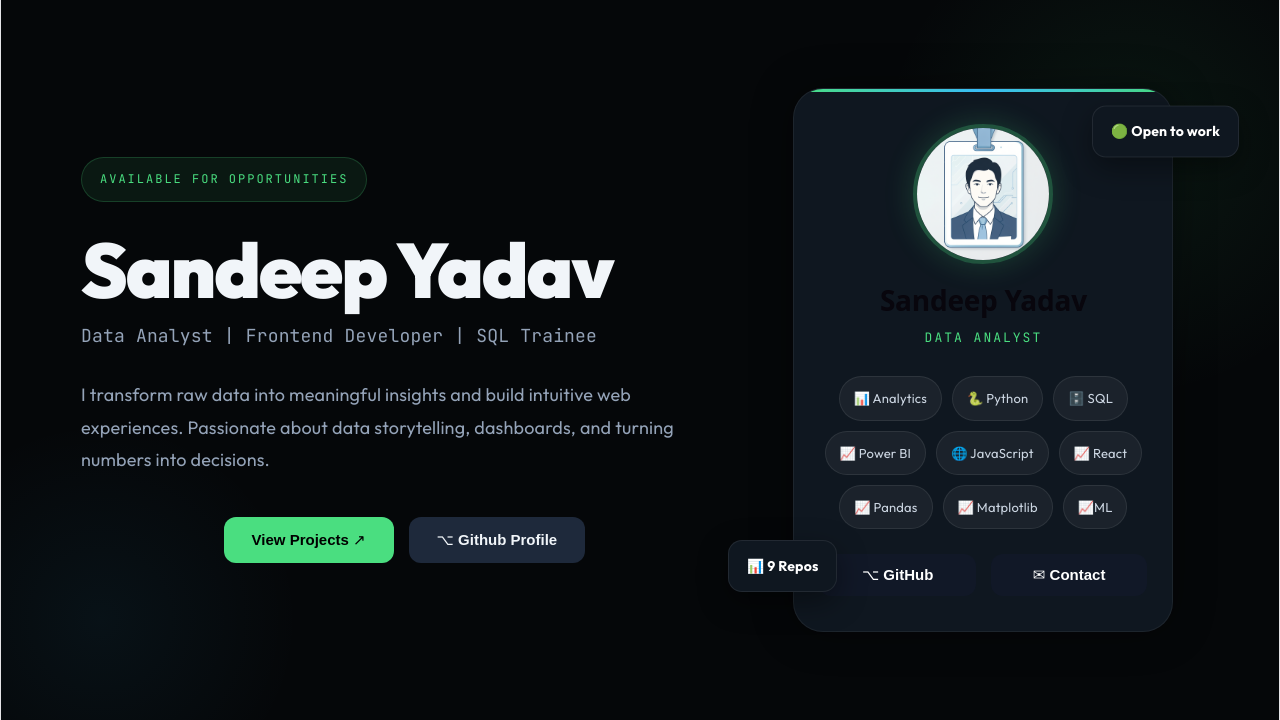
Repository: SandeepYadav18717/sandeepyadav
Page: / (app in Datanaltics_ portfolio/)
These files come from the project's save history. The page is drawn as it stood at one moment and after the next save; the edit follows.
The browser window is 1280 px wide. The pictures show the whole page.
The project was rebuilt for these pictures with package versions that can differ from the ones it lists, and the page was loaded fresh each time. Also part of the build but not shown: Datanaltics_ portfolio/vite.config.js, Datanaltics_ portfolio/src/App.css.

Above is the page before, as saved 2026-05-23 06:11:24.

### Datanaltics_ portfolio/index.html
<!doctype html>
<html lang="en">
  <head>
    <meta charset="UTF-8" />
    <link rel="icon" type="image/svg+xml" href="/favicon.svg" />
    <meta name="viewport" content="width=device-width, initial-scale=1.0" />
    <title>javascript</title>
  </head>
  <body>
    <div id="root"></div>
    <script type="module" src="/src/main.jsx"></script>
  </body>
</html>

### Datanaltics_ portfolio/src/index.css
:root {
  --text: #6b6375;
  --text-h: #08060d;
  --bg: #fff;
  --border: #e5e4e7;
  --code-bg: #f4f3ec;
  --accent: #aa3bff;
  --accent-bg: rgba(170, 59, 255, 0.1);
  --accent-border: rgba(170, 59, 255, 0.5);
  --social-bg: rgba(244, 243, 236, 0.5);
  --shadow:
    rgba(0, 0, 0, 0.1) 0 10px 15px -3px, rgba(0, 0, 0, 0.05) 0 4px 6px -2px;

  --sans: system-ui, 'Segoe UI', Roboto, sans-serif;
  --heading: system-ui, 'Segoe UI', Roboto, sans-serif;
  --mono: ui-monospace, Consolas, monospace;

  font: 18px/145% var(--sans);
  letter-spacing: 0.18px;
  color-scheme: light dark;
  color: var(--text);
  background: var(--bg);
  font-synthesis: none;
  text-rendering: optimizeLegibility;
  -webkit-font-smoothing: antialiased;
  -moz-osx-font-smoothing: grayscale;

  @media (max-width: 1024px) {
    font-size: 16px;
  }
}

@media (prefers-color-scheme: dark) {
  :root {
    --text: #9ca3af;
    --text-h: #f3f4f6;
    --bg: #16171d;
    --border: #2e303a;
    --code-bg: #1f2028;
    --accent: #c084fc;
    --accent-bg: rgba(192, 132, 252, 0.15);
    --accent-border: rgba(192, 132, 252, 0.5);
    --social-bg: rgba(47, 48, 58, 0.5);
    --shadow:
      rgba(0, 0, 0, 0.4) 0 10px 15px -3px, rgba(0, 0, 0, 0.25) 0 4px 6px -2px;
  }

  #social .button-icon {
    filter: invert(1) brightness(2);
  }
}

body {
  margin: 0;
}

#root {
  width: 1126px;
  max-width: 100%;
  margin: 0 auto;
  text-align: center;
  border-inline: 1px solid var(--border);
  min-height: 100svh;
  display: flex;
  flex-direction: column;
  box-sizing: border-box;
}

h1,
h2 {
  font-family: var(--heading);
  font-weight: 500;
  color: var(--text-h);
}

h1 {
  font-size: 56px;
  letter-spacing: -1.68px;
  margin: 32px 0;
  @media (max-width: 1024px) {
    font-size: 36px;
    margin: 20px 0;
  }
}
h2 {
  font-size: 24px;
  line-height: 118%;
  letter-spacing: -0.24px;
  margin: 0 0 8px;
  @media (max-width: 1024px) {
    font-size: 20px;
  }
}
p {
  margin: 0;
}

code,
.counter {
  font-family: var(--mono);
  display: inline-flex;
  border-radius: 4px;
  color: var(--text-h);
}

code {
  font-size: 15px;
  line-height: 135%;
  padding: 4px 8px;
  background: var(--code-bg);
}

### Datanaltics_ portfolio/src/App.jsx
import { useState } from 'react'

// import heroImg from './assets/hero.png'
import './App.css'
import Button from './Components/button'
import Main_Page from './pages/Main.jsx'
function App() {
  const [count, setCount] = useState(0)

  return (
    <>
    <Main_Page />
     </>
  )}
export default App

### Datanaltics_ portfolio/src/Components/button.jsx
function Button({id, text, onClick }) {
  return (
    <button id={id}onClick={onClick} className="btn">
      {text}
    </button>
  );
}
export default Button;

### Datanaltics_ portfolio/src/pages/Main.jsx
import Button from "../Components/button";
import "../Css/Main.css";
import photo from "../assets/image.png";

function Main_Page() {
  return (
    <div className="main-page">
      {/* LEFT SECTION */}
      <div className="left-section">
        <div id="Heading_1">Available for opportunities</div>

        <div id="Name">Sandeep Yadav</div>

        <div id="Heading_2">
          Data Analyst | Frontend Developer | SQL Trainee
        </div>

        <p id="Description">
          I transform raw data into meaningful insights and build intuitive web
          experiences. Passionate about data storytelling, dashboards, and
          turning numbers into decisions.
        </p>

        <Button
          text="View Projects ↗"
          onClick={() => window.open("https://github.com/SandeepYadav18717")}
        />
        <Button
          id="Github"
          text="⌥ Github Profile"
          onClick={() => window.open("https://github.com/SandeepYadav18717")}
        />
      </div>
      {/* RIGHT SECTION */}
      <div className="profile-wrapper">
        <div className="floating-badge badge-top">🟢 Open to work</div>

        {/* FLOATING BADGE 2 */}
        <div className="floating-badge badge-bottom">📊 9 Repos</div>

        {/* PROFILE CARD */}
        <div className="profile-card">
          {/* PROFILE IMAGE */}
          <img src={photo} alt="Profile" id="Photo" />

          {/* NAME */}
          <h2 className="profile-name">Sandeep Yadav</h2>

          {/* ROLE */}
          <p className="profile-role">DATA ANALYST</p>

          {/* SKILLS */}
          <div className="skill-tags">
            <span>📊 Analytics</span>

            <span>🐍 Python</span>

            <span>🗄️ SQL</span>

            <span>📈 Power BI</span>

            <span>🌐 JavaScript</span>
            <span>📈 React</span>
            <span>📈 Pandas</span>
            <span>📈 Matplotlib</span>
            <span>📈ML </span>
          </div>

          {/* BUTTONS */}
          <div className="profile-buttons">
            {/* GITHUB */}
            <button
              className="github-btn"
              onClick={() =>
                window.open("https://github.com/SandeepYadav18717")
              }
            >
              ⌥ GitHub
            </button>

            {/* CONTACT */}
            <button
              className="contact-btn"
              onClick={() => window.open("https://linkedin.com")}
            >
              ✉ Contact
            </button>
          </div>
        </div>
      </div>
    </div>
  );
}

export default Main_Page;

### Datanaltics_ portfolio/src/Css/Main.css
/* GOOGLE FONT */
@import url("https://fonts.googleapis.com/css2?family=Outfit:wght@300;400;500;700;900&family=JetBrains+Mono:wght@400;700&display=swap");

* {
    margin: 0;
    padding: 0;
    box-sizing: border-box;
}

html,
body,
#root {
    width: 100%;
    min-height: 100vh;
    overflow-x: hidden;
    background: #050709;
    color: #f1f5f9;
    font-family: "Outfit", sans-serif;
}

.main-page {
    min-height: 100vh;
    width: 100%;
    display: grid;
    grid-template-columns: 1.2fr 0.8fr;
    align-items: center;
    gap: 40px;
    padding: 80px;
    position: relative;
    overflow: hidden;
    background: #050709;
}

.main-page::before {
    content: "";
    position: absolute;
    width: 500px;
    height: 500px;
    top: -100px;
    right: -100px;
    border-radius: 50%;
    background: radial-gradient(circle,
            rgba(74, 222, 128, 0.08),
            transparent 70%);
    z-index: 0;
    pointer-events: none;
}

.main-page::after {
    content: "";
    position: absolute;
    width: 400px;
    height: 400px;
    bottom: -100px;
    left: -100px;
    border-radius: 50%;
    background: radial-gradient(circle,
            rgba(56, 189, 248, 0.06),
            transparent 70%);
    z-index: 0;
    pointer-events: none;
}

.main-page * {
    position: relative;
    z-index: 1;
}

.content-left {
    display: flex;
    flex-direction: column;
    justify-content: center;
    align-items: flex-start;
    text-align: left;
}

#Heading_1 {
    width: fit-content;
    background: rgba(74, 222, 128, 0.08);
    border: 1px solid rgba(74, 222, 128, 0.2);
    color: #4ade80;
    padding: 8px 18px;
    border-radius: 50px;
    font-size: 12px;
    font-family: "JetBrains Mono", monospace;
    letter-spacing: 2px;
    text-transform: uppercase;
    margin-bottom: 30px;
}

#Name {
    font-size: clamp(45px, 6vw, 90px);
    font-weight: 900;
    line-height: 1;
    letter-spacing: -2px;
    margin-bottom: 15px;
    word-break: break-word;
    text-align: left;
}

#Heading_2 {
    color: #94a3b8;
    font-size: 18px;
    font-family: "JetBrains Mono", monospace;
    margin-bottom: 30px;
    text-align: left;
}

#Description {
    max-width: 650px;
    color: #94a3b8;
    font-size: 18px;
    line-height: 1.8;
    margin-bottom: 40px;
    text-align: left;
}

.photo-container {
    display: flex;
    justify-content: center;
    align-items: center;
    width: 100%;
}

#Photo {
    width: 100%;
    max-width: 400px;
    height: auto;
    margin-left: 0%;
    aspect-ratio: 1/1;
    border-radius: 30px;
    object-fit: cover;
    box-shadow: 0 0 40px rgba(74, 222, 128, 0.2);
}

button {
    width: fit-content;
    background: #4ade80;
    color: black;
    border: none;
    border-radius: 12px;
    padding: 14px 28px;
    font-size: 15px;
    font-weight: 700;
    cursor: pointer;
    transition: 0.3s;
    margin-left: 0px;
}

button:hover {
    background: #86efac;
    transform: translateY(-3px);
    box-shadow: 0 10px 30px rgba(74, 222, 128, 0.3);
}

#Github {
    background: #1e293b;

    color: #f1f5f9;

    border: none;

    padding: 14px 28px;

    border-radius: 12px;
    font-size: 15px;

    font-weight: 700;

    cursor: pointer;

    transition: 0.3s;

    margin-left: 15px;
}

#Github:hover {
    background: #334155;

    transform: translateY(-3px);

    box-shadow: 0 10px 30px rgba(74, 222, 128, 0.2);
}

@media (max-width: 1024px) {
    .main-page {
        grid-template-columns: 1fr;
        gap: 40px;
        padding: 60px 40px;
    }

    .photo-container {
        justify-content: flex-start;
    }

    #Photo {
        max-width: 320px;
    }
}

@media (max-width: 768px) {
    .main-page {
        padding: 40px 20px;
    }

    #Name {
        font-size: 42px;
        letter-spacing: -1px;
    }

    #Heading_2 {
        font-size: 15px;
    }

    #Description {
        font-size: 16px;
    }

    button {
        width: 100%;
    }

    #Photo {
        max-width: 280px;
    }
}

/* WRAPPER */
.profile-wrapper{

  position:relative;

  display:flex;

  justify-content:center;

  align-items:center;
}

/* FLOATING BADGES */
.floating-badge{

  position:absolute;

  background:#0f1720;

  border:1px solid rgba(255,255,255,0.08);

  color:white;

  padding:12px 18px;

  border-radius:14px;

  font-size:14px;

  font-weight:600;

  box-shadow:
  0 10px 30px rgba(0,0,0,0.4);

  z-index:10;

  animation:float 3s ease-in-out infinite;
}

/* TOP BADGE */
.badge-top{

  top:20px;

  right:-40px;
}

/* BOTTOM BADGE */
.badge-bottom{

  bottom:30px;

  left:-40px;

  animation-delay:1s;
}

/* FLOAT ANIMATION */
@keyframes float{

  0%{
    transform:translateY(0px);
  }

  50%{
    transform:translateY(-10px);
  }

  100%{
    transform:translateY(0px);
  }
}

/* PROFILE CARD */
.profile-card{

  width:100%;

  max-width:380px;

  background:#0f1720;

  border:1px solid rgba(255,255,255,0.06);

  border-radius:30px;

  padding:35px 25px;

  display:flex;

  flex-direction:column;

  align-items:center;

  justify-content:center;

  position:relative;

  overflow:hidden;

  box-shadow:
  0 0 40px rgba(0,0,0,0.4);
}

/* TOP LINE */
.profile-card::before{

  content:"";

  position:absolute;

  top:0;
  left:0;

  width:100%;
  height:3px;

  background:
  linear-gradient(
  90deg,
  #4ade80,
  #38bdf8,
  #4ade80
  );
}

/* IMAGE */
#Photo{

  width:140px;
  height:140px;

  border-radius:50%;

  object-fit:cover;

  border:4px solid rgba(74,222,128,0.3);

  margin-bottom:20px;

  box-shadow:
  0 0 30px rgba(74,222,128,0.2);
}

/* NAME */
.profile-name{

  font-size:28px;

  font-weight:800;

  margin-bottom:8px;

}

/* ROLE */
.profile-role{

  color:#4ade80;

  font-size:13px;

  font-family:'JetBrains Mono',monospace;

  letter-spacing:2px;

  margin-bottom:25px;
}

/* TAGS */
.skill-tags{

  display:flex;

  flex-wrap:wrap;

  justify-content:center;

  gap:10px;

  margin-bottom:25px;
}

/* SINGLE TAG */
.skill-tags span{

  background:rgba(255,255,255,0.05);

  border:1px solid rgba(255,255,255,0.08);

  padding:8px 14px;

  border-radius:50px;

  font-size:13px;

  color:#cbd5e1;
}

/* BUTTONS */
.profile-buttons{

  width:100%;

  display:flex;

  gap:15px;
}

/* GITHUB */
.github-btn{

  flex:1;

  background:#111827;

  color:white;

  border:none;

  padding:12px;

  border-radius:12px;

  font-weight:700;

  cursor:pointer;

  transition:0.3s;
}

.github-btn:hover{

  background:#1f2937;

  transform:translateY(-3px);
}

/* CONTACT */
.contact-btn{

  flex:1;

  background:#111827;

  color:white;

  border:none;

  padding:12px;

  border-radius:12px;

  font-weight:700;

  cursor:pointer;

  transition:0.3s;
}

.contact-btn:hover{

  background:#1f2937;

  transform:translateY(-3px);
}
/* MOBILE FIX */
@media(max-width:768px){

  .profile-wrapper{

    margin-top:30px;
  }

  .badge-top{

    top:-10px;

    right:0;
  }

  .badge-bottom{

    bottom:-10px;

    left:0;
  }

  .profile-card{

    max-width:320px;
  }

  .profile-buttons{

    flex-direction:column;
  }
}

Loaded but not shown: Datanaltics_ portfolio/src/main.jsx (common file)

After the next save:
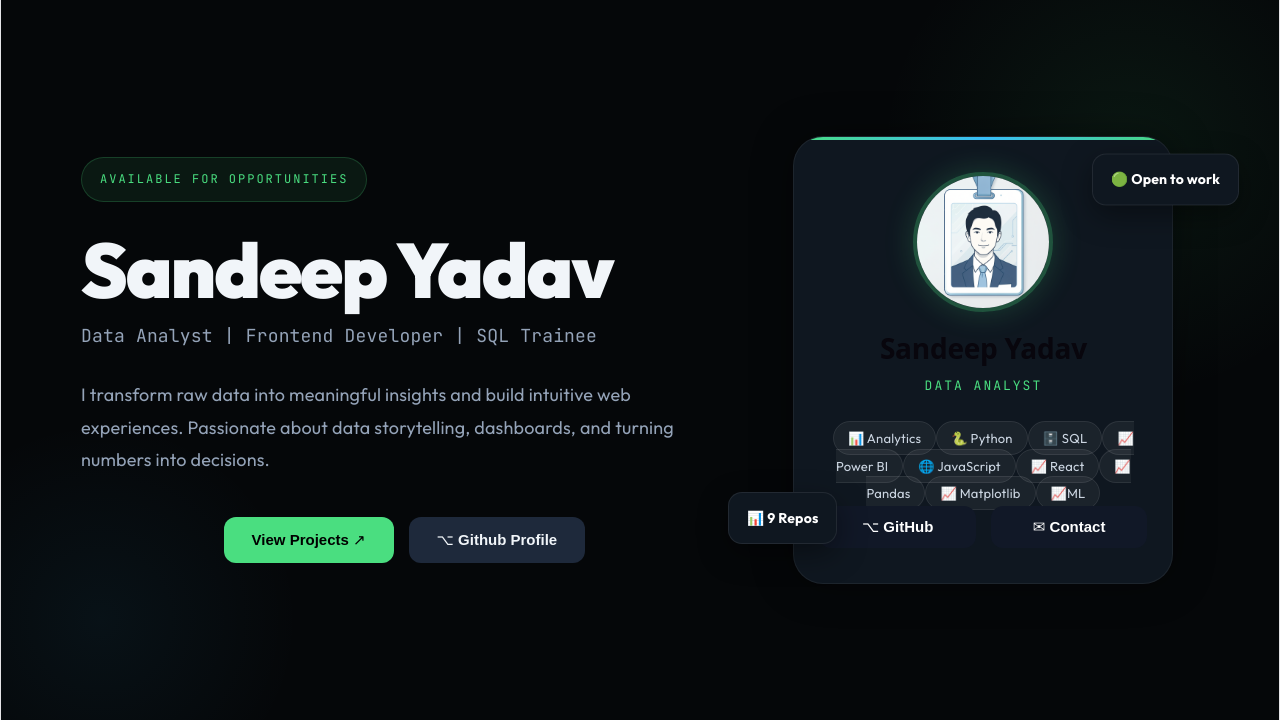
Saved 20 s later.
--- a/Datanaltics_ portfolio/src/Css/Main.css
+++ b/Datanaltics_ portfolio/src/Css/Main.css
@@ -393,7 +393,7 @@
 
   margin-bottom:25px;
 }
-
+.p
 /* TAGS */
 .skill-tags{
 

After the 4 saves that followed:
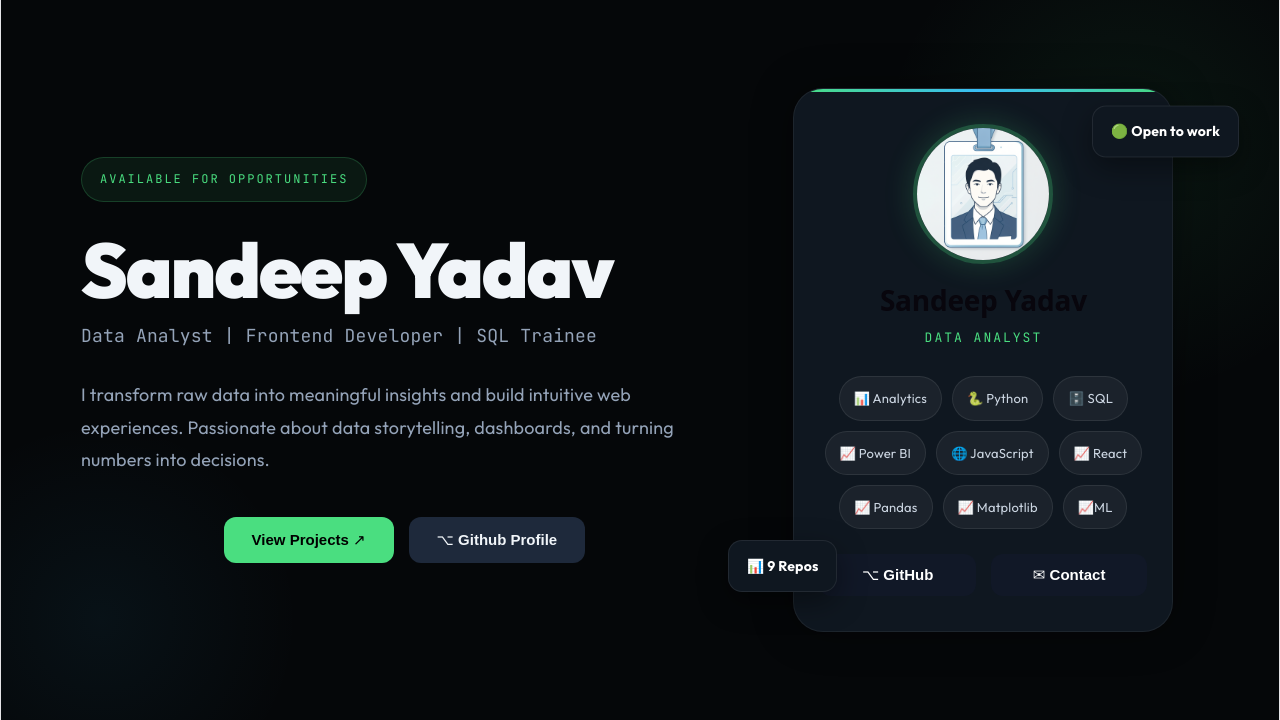
The 4 saves are shown as one change because they came seconds apart.
The last was saved 12 s later.
--- a/Datanaltics_ portfolio/src/Css/Main.css
+++ b/Datanaltics_ portfolio/src/Css/Main.css
@@ -393,7 +393,13 @@
 
   margin-bottom:25px;
 }
-.p
+.profile-role{
+    content:"Data Analyst";
+
+  animation:roles 6s infinite;
+
+  color:#4ade80;
+}
 /* TAGS */
 .skill-tags{
 
